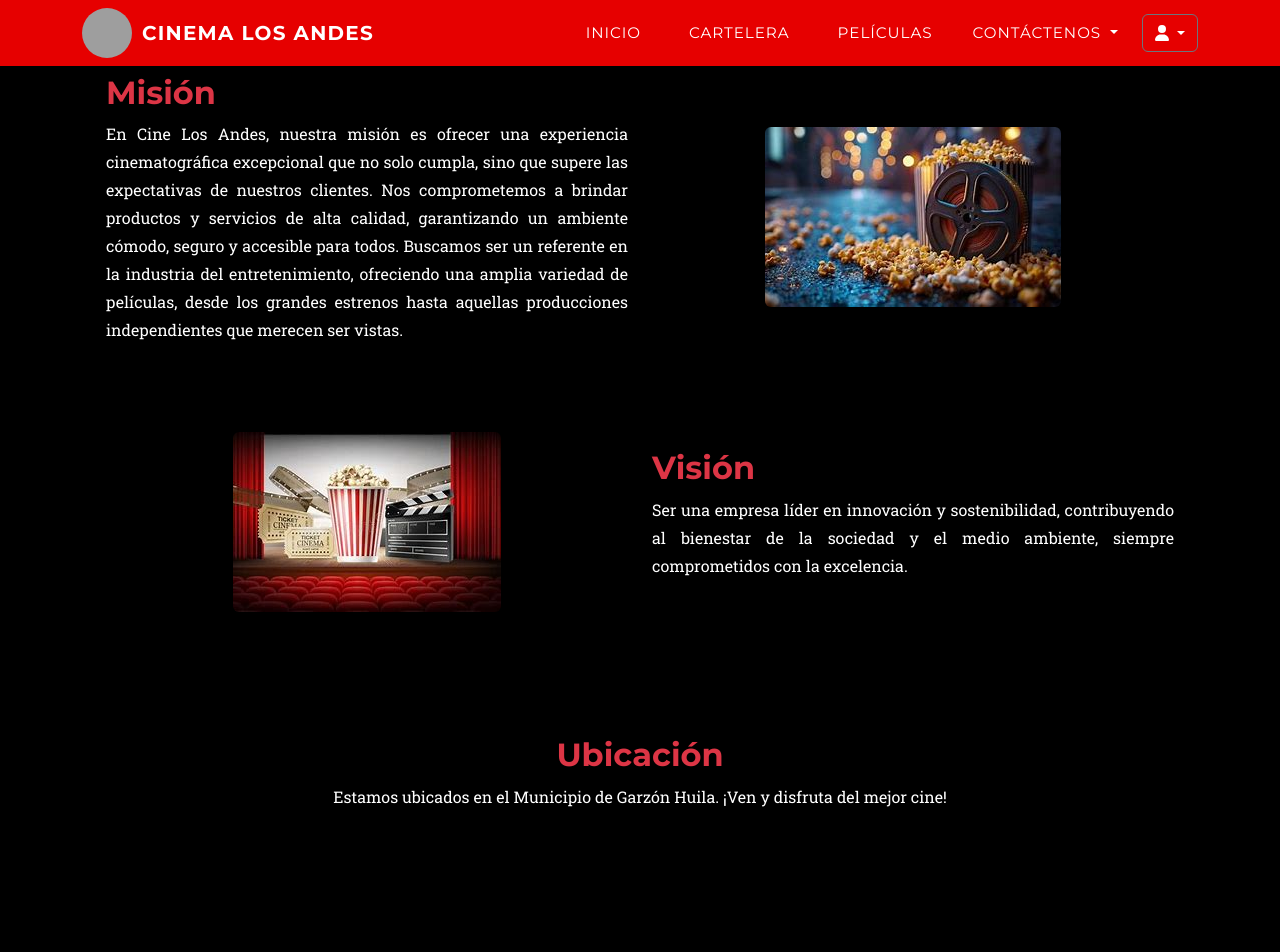
Repository: FelipeADSO/PROYECTO-SENA-FINAL
Page: cinema/templates/somos.html
These files come from the project's save history. The page is drawn as it stood at one moment and after the next save; the edit follows.
The browser window is 1280 px wide. The pictures show the part of the page from y = 0 to 952 px (the page is 1487 px tall before and 1594 px after).
Pictures or frames that could not be fetched are drawn as grey boxes. Some web libraries are served in a nearby version. The template is drawn by Django 5.2. The application's start-up code is not run. Other server files are loaded and not shown. The template is opened directly, without the code that normally fills it, so the values that code supplies are empty.

Above is the page before, as saved 2025-03-06 08:54:34.

### cinema/templates/somos.html
{% extends 'base.html' %}
{% load static %}

{% block style %}
<link rel="stylesheet" href="{% static 'css/style.css' %}">
<style>
    /* Asegurar que toda la sección tenga el mismo fondo */
    .fondo-negro {
        background-color: black;
        color: white;
        padding: 50px 0;
    }

    /* Hacer las tarjetas transparentes para que tomen el fondo negro */
    .card {
        background: transparent;
        border: none;
    }

    /* Ajuste para el mapa */
    .mapa-container {
        background-color: black;
        color: white;
        padding: 50px 0;
        text-align: center;
    }

    iframe {
        width: 100%;
        max-width: 800px;
        height: 400px;
        border-radius: 10px;
        border: none;
    }
    .justificar {
        text-align: justify;
    }
</style>
{% endblock %}

{% block content %}
    <!-- Sección Misión y Visión -->
    <div class="fondo-negro">
        <div class="container">
            <div class="row">
                <!-- Misión -->
                <div class="col-md-12 mb-4">
                    <div class="card p-4 shadow-sm">
                        <div class="row align-items-center">
                            <div class="col-md-6">
                                <h2 class="text-danger">Misión</h2>
                                <p class="justificar">
                                    En Cine Los Andes, nuestra misión es ofrecer una experiencia cinematográfica excepcional que no solo cumpla, sino que supere las expectativas de nuestros clientes. Nos comprometemos a brindar productos y servicios de alta calidad, garantizando un ambiente cómodo, seguro y accesible para todos. Buscamos ser un referente en la industria del entretenimiento, ofreciendo una amplia variedad de películas, desde los grandes estrenos hasta aquellas producciones independientes que merecen ser vistas.

                                </p>
                            </div>
                            <div class="col-md-6 text-center">
                                <img src="{% static 'imagenes/mision.jpeg' %}" class="img-fluid rounded" alt="Misión">
                            </div>
                        </div>
                    </div>
                </div>

                <!-- Visión -->
                <div class="col-md-12">
                    <div class="card p-4 shadow-sm">
                        <div class="row align-items-center flex-md-row-reverse">
                            <div class="col-md-6">
                                <h2 class="text-danger">Visión</h2>
                                <p class="justificar">
                                    Ser una empresa líder en innovación y sostenibilidad, contribuyendo al bienestar de la sociedad y el medio ambiente,
                                    siempre comprometidos con la excelencia.
                                </p>
                            </div>
                            <div class="col-md-6 text-center">
                                <img src="{% static 'imagenes/vision.jpeg' %}" class="img-fluid rounded" alt="Visión">
                            </div>
                        </div>
                    </div>
                </div>
            </div>
        </div>
    </div>

    <!-- Sección Ubicación -->
    <div class="mapa-container">
        <div class="container">
            <h2 class="text-danger">Ubicación</h2>
            <p>Estamos ubicados en el Municipio de Garzón Huila. ¡Ven y disfruta del mejor cine!</p>
            <iframe src="https://www.google.com/maps/d/embed?mid=1-4NWroealP09kbqV6pR5hs2KiZDU96A&ehbc=2E312F"></iframe>
        </div>
    </div>
    <script>
         document.addEventListener("DOMContentLoaded", function () {
        var dropdownItems = document.querySelectorAll(".dropdown-menu .dropdown-item");
        var navbarToggler = document.querySelector(".navbar-toggler");

        dropdownItems.forEach(function (item) {
            item.addEventListener("click", function () {
                var navbarCollapse = document.querySelector(".navbar-collapse");
                if (navbarCollapse.classList.contains("show")) {
                    navbarToggler.click(); // Cierra el menú
                }
            });
        });
    });
    </script>
    <script src="https://cdn.jsdelivr.net/npm/bootstrap@5.3.0/dist/js/bootstrap.bundle.min.js"></script>
    <script src="https://kit.fontawesome.com/a076d05399.js" crossorigin="anonymous"></script>
    <script src="https://cdnjs.cloudflare.com/ajax/libs/font-awesome/6.4.2/js/all.min.js" crossorigin="anonymous"></script>
    <!-- <script src="{% static 'js/scripts.js' %}"></script> -->
    <script src="https://cdn.startbootstrap.com/sb-forms-latest.js"></script>
{% endblock %}

### cinema/templates/base.html
{% load static %}
<!DOCTYPE html>
<html lang="en">
<head>
    <meta charset="utf-8" />
    <meta name="viewport" content="width=device-width, initial-scale=1, shrink-to-fit=no" />
    <meta name="description" content="" />
    <meta name="author" content="" />
    <title>Cinema Los Andes</title>

    <link rel="shortcut icon" type="image/x-icon" href="{% static '/static/imagenes/Logo.jpeg' %}">
    <link href="https://cdn.jsdelivr.net/npm/bootstrap@5.2.3/dist/css/bootstrap.min.css" rel="stylesheet">
    <link href="https://fonts.googleapis.com/css?family=Montserrat:400,700" rel="stylesheet" type="text/css" />
    <link href="https://fonts.googleapis.com/css?family=Roboto+Slab:400,100,300,700" rel="stylesheet" type="text/css" />
    <link href="https://cdnjs.cloudflare.com/ajax/libs/font-awesome/6.0.0/css/all.min.css" rel="stylesheet">

    <link href="{% static 'css/style.css' %}" rel="stylesheet"/>
    <style>
        .dropdown-menu {
    background-color: red !important; /* Fondo rojo */
}

.dropdown-menu .dropdown-item {
    color: white !important; /* Texto en blanco */
}

.dropdown-menu .dropdown-item:hover {
    background-color: darkred !important; /* Color más oscuro al pasar el mouse */
}
    </style>
    {% block style %} {% endblock %}
</head>

<body class="bg-dark text-white d-flex flex-column min-vh-100">

    <!-- MENÚ NAVBAR REDUCIDO -->
    <nav class="navbar navbar-expand-lg navbar-dark fixed-top" id="mainNav"
    style="background-color: rgba(255, 0, 0, 0.9); font-size: 11px; padding: 8px 0;">
    <div class="container d-flex align-items-center justify-content-between">
        <div class="d-flex align-items-center">
            <a href="{% url 'inicio' %}">
                <img src="{% static 'imagenes/logo.jpeg' %}" alt="Logo"
                    style="width: 50px; height: 50px; margin-right: 10px; border-radius: 50px;">
            </a>
            <a class="navbar-brand fw-bold text-white" style="font-size: 20px;" href="{% url 'inicio' %}">
                Cinema Los Andes
            </a>
        </div>

        <button class="navbar-toggler" type="button" data-bs-toggle="collapse" data-bs-target="#navbarResponsive"
            aria-controls="navbarResponsive" aria-expanded="false" aria-label="Toggle navigation">
            <i class="fas fa-bars ms-1"></i>
        </button>

        <div class="collapse navbar-collapse" id="navbarResponsive">
            <ul class="navbar-nav ms-auto text-uppercase align-items-center">
                <li class="nav-item"><a class="nav-link px-3" href="{% url 'inicio' %}">Inicio</a></li>
                <li class="nav-item"><a class="nav-link px-3" href="{% url 'cartelera' %}">Cartelera</a></li>
                <li class="nav-item"><a class="nav-link px-3" href="{% url 'peliculas' %}">Películas</a></li>

                <!-- Menú Desplegable -->
                <li class="nav-item dropdown">
                    <a class="nav-link dropdown-toggle" href="#" id="dropdownMenuButton" role="button"
                       data-bs-toggle="dropdown" aria-expanded="false">
                        Contáctenos
                    </a>
                    <ul class="dropdown-menu" aria-labelledby="dropdownMenuButton">
                        <li><a class="dropdown-item" href="{% url 'somos' %}">Quienes Somos</a></li>
                        <li><a class="dropdown-item" href="{% url 'contactenos' %}">Contáctenos</a></li>
                    </ul>
                </li>

                {% if user.is_authenticated %}
                    <li class="nav-item d-flex align-items-center">
                        <span class="alert mb-0 text-white px-2 py-1 rounded" style="font-size: 14px; line-height: 1.5;">
                            ¡Bienvenido, {{ user.username }}!
                        </span>
                    </li>
                    {% with total_items=request.user.carritoitem_set.count %}
                    {% if total_items > 0 %}
                    <li class="nav-item me-3">
                        <a href="{% url 'ver_carrito' %}" class="nav-link position-relative">
                            <i class="fa-solid fa-cart-shopping"></i>
                            <span class="badge bg-danger position-absolute top-0 start-100 translate-middle">{{ total_items }}</span>
                        </a>
                    </li>
                    {% endif %}
                    {% endwith %}
                {% endif %}
            </ul>
        </div>

        <div class="dropdown ms-3">
            <a class="btn btn-outline-secondary dropdown-toggle text-white" href="#" role="button"
                id="userDropdown" data-bs-toggle="dropdown" aria-expanded="false">
                <i class="fa-solid fa-user"></i>
            </a>
            <ul class="dropdown-menu dropdown-menu-end" aria-labelledby="userDropdown">
                {% if not user.is_authenticated %}
                    <li><a class="dropdown-item" href="{% url 'login' %}">Iniciar sesión</a></li>
                    <li><a class="dropdown-item" href="{% url 'register' %}">Registrarse</a></li>
                {% else %}
                    <li><a class="dropdown-item" href="{% url 'perfil' %}">Perfil de Usuario</a></li>
                    <li>
                        <form method="post" action="{% url 'logout' %}" class="d-inline">
                            {% csrf_token %}
                            <button type="submit" class="dropdown-item">Cerrar Sesión</button>
                        </form>
                    </li>
                {% endif %}
            </ul>
        </div>
    </div>
</nav>


    <!-- CONTENIDO -->
    {% block content %}
    <div class="container my-auto">
        <!-- Aquí va el contenido de cada página -->
    </div>
    {% endblock %}

    <!-- FOOTER REDUCIDO -->
    <footer class="footer text-center"
        style="background-color: rgba(255, 0, 0, 0.9); font-size: 14px; padding: 15px 0;">
        <div class="container">
            <div class="row">
                <div class="col-md-3">
                    <h5 class="text-white">Cinema Los Andes</h5>
                    <p>"Vive la emoción del cine con la mejor calidad y diversión garantizada! 🎬✨"</p>
                </div>
                <div class="col-md-3">
                    <h5 class="text-white">Correo</h5>
                    <p class="text-white"><a href="mailto:contacto@cinemalosandes.com">
                        <i class="fas fa-envelope" style="color: #fff; font-size: 18px;"></i>
                    </a> cinemalosandes@gmail.com</p>
                </div>
                <div class="col-md-3">
                    <h5 class="text-white">Información</h5>
                    <p class="text-white">📍 Calle 7 #9-60 Centro, Garzón</p>
                    <p class="text-white">📞 3208497878</p>
                </div>
                <div class="col-md-3">
                    <h5 class="text-white">Síguenos</h5>
                    <div class="d-flex justify-content-center gap-2">
                        <a href="https://facebook.com/cinemalosandes" target="_blank">
                            <i class="fab fa-facebook" style="color: #fff; font-size: 18px;"></i>
                        </a>

                        <a href="https://instagram.com/cinemalosandes" target="_blank">
                            <i class="fab fa-instagram" style="color: #fff; font-size: 18px;"></i>
                        </a>
                    </div>
                    <a href="https://wa.me/573208497878" target="_blank"
                        style="color: #fff; text-decoration: none; font-size: 14px;">
                        <i class="fab fa-whatsapp" style="color: #fff; font-size: 18px; margin-right: 5px;"></i> Chatea Con Nosotros
                    </a>
                </div>
            </div>
            <p class="text-white mt-3" style="font-size: 12px;">
                &copy; 2024 Cinema Los Andes. Todos los derechos reservados.
            </p>
        </div>
    </footer>

    <!-- SCRIPTS -->
    <script src="https://kit.fontawesome.com/a076d05399.js" crossorigin="anonymous"></script>
    <script src="https://cdn.jsdelivr.net/npm/bootstrap@5.3.0/dist/js/bootstrap.bundle.min.js"></script>
    <script src="https://cdn.jsdelivr.net/npm/bootstrap@5.2.3/dist/js/bootstrap.bundle.min.js"></script>
    <script src="{% static 'js/scripts.js' %}"></script>
    <script src="https://cdn.startbootstrap.com/sb-forms-latest.js"></script>

</body>
</html>

### cinema/static/js/scripts.js

window.addEventListener('DOMContentLoaded', event => {

    // Navbar shrink function
    var navbarShrink = function () {
        const navbarCollapsible = document.body.querySelector('#mainNav');
        if (!navbarCollapsible) {
            return;
        }
        if (window.scrollY === 0) {
            navbarCollapsible.classList.remove('navbar-shrink')
        } else {
            navbarCollapsible.classList.add('navbar-shrink')
        }

    };

    // Shrink the navbar
    navbarShrink();

    // Shrink the navbar when page is scrolled
    document.addEventListener('scroll', navbarShrink);

    //  Activate Bootstrap scrollspy on the main nav element
    const mainNav = document.body.querySelector('#mainNav');
    if (mainNav) {
        new bootstrap.ScrollSpy(document.body, {
            target: '#mainNav',
            rootMargin: '0px 0px -40%',
        });
    };

    // Collapse responsive navbar when toggler is visible
    const navbarToggler = document.body.querySelector('.navbar-toggler');
    const responsiveNavItems = [].slice.call(
        document.querySelectorAll('#navbarResponsive .nav-link')
    );
    responsiveNavItems.map(function (responsiveNavItem) {
        responsiveNavItem.addEventListener('click', () => {
            if (window.getComputedStyle(navbarToggler).display !== 'none') {
                navbarToggler.click();
            }
        });
    });

});

Loaded but not shown: cinema/static/css/style.css (library)

After the next save:
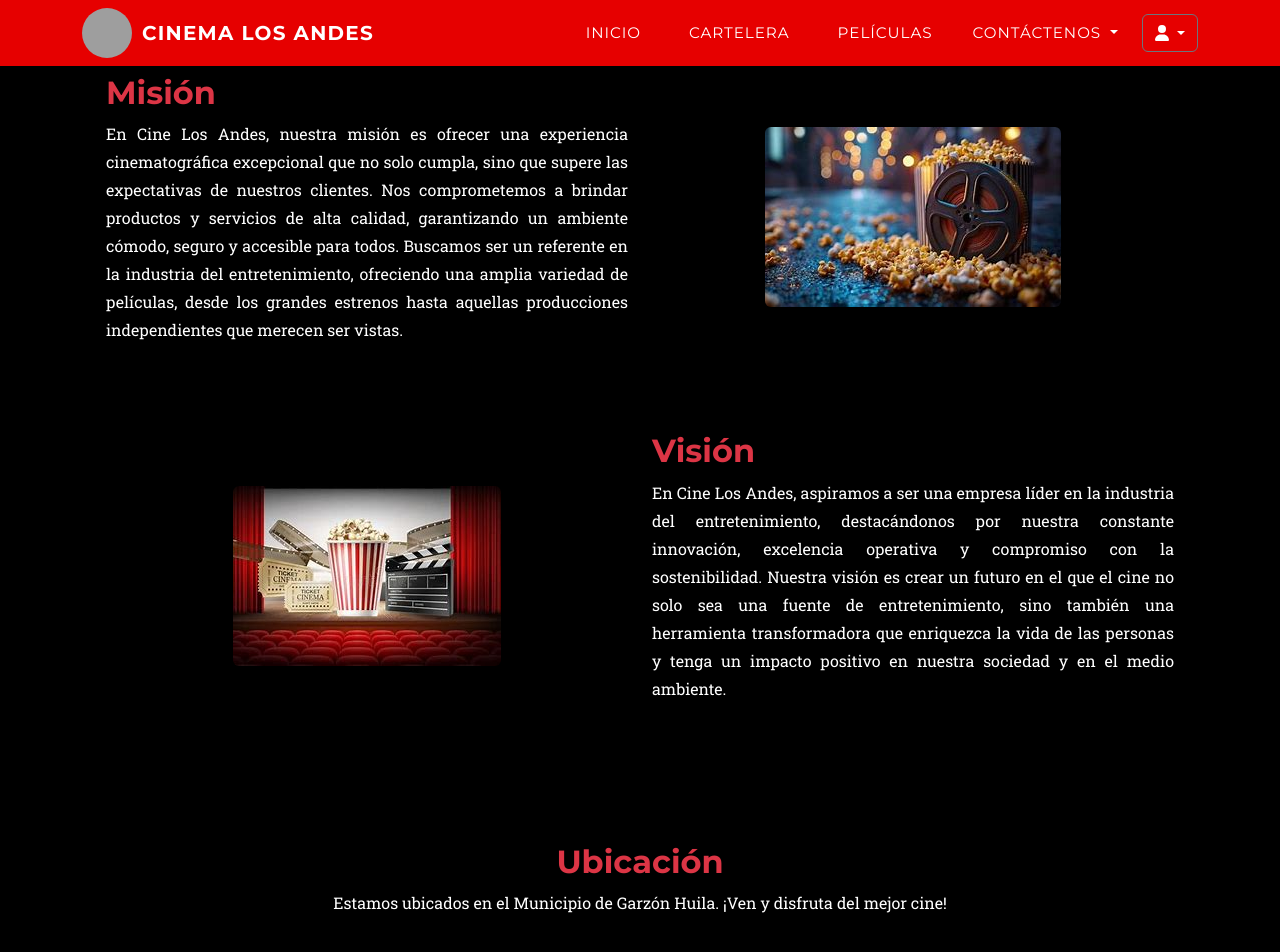
Saved 36 s later.
--- a/cinema/templates/somos.html
+++ b/cinema/templates/somos.html
@@ -68,8 +68,7 @@
                             <div class="col-md-6">
                                 <h2 class="text-danger">Visión</h2>
                                 <p class="justificar">
-                                    Ser una empresa líder en innovación y sostenibilidad, contribuyendo al bienestar de la sociedad y el medio ambiente,
-                                    siempre comprometidos con la excelencia.
+                                    En Cine Los Andes, aspiramos a ser una empresa líder en la industria del entretenimiento, destacándonos por nuestra constante innovación, excelencia operativa y compromiso con la sostenibilidad. Nuestra visión es crear un futuro en el que el cine no solo sea una fuente de entretenimiento, sino también una herramienta transformadora que enriquezca la vida de las personas y tenga un impacto positivo en nuestra sociedad y en el medio ambiente.
                                 </p>
                             </div>
                             <div class="col-md-6 text-center">
